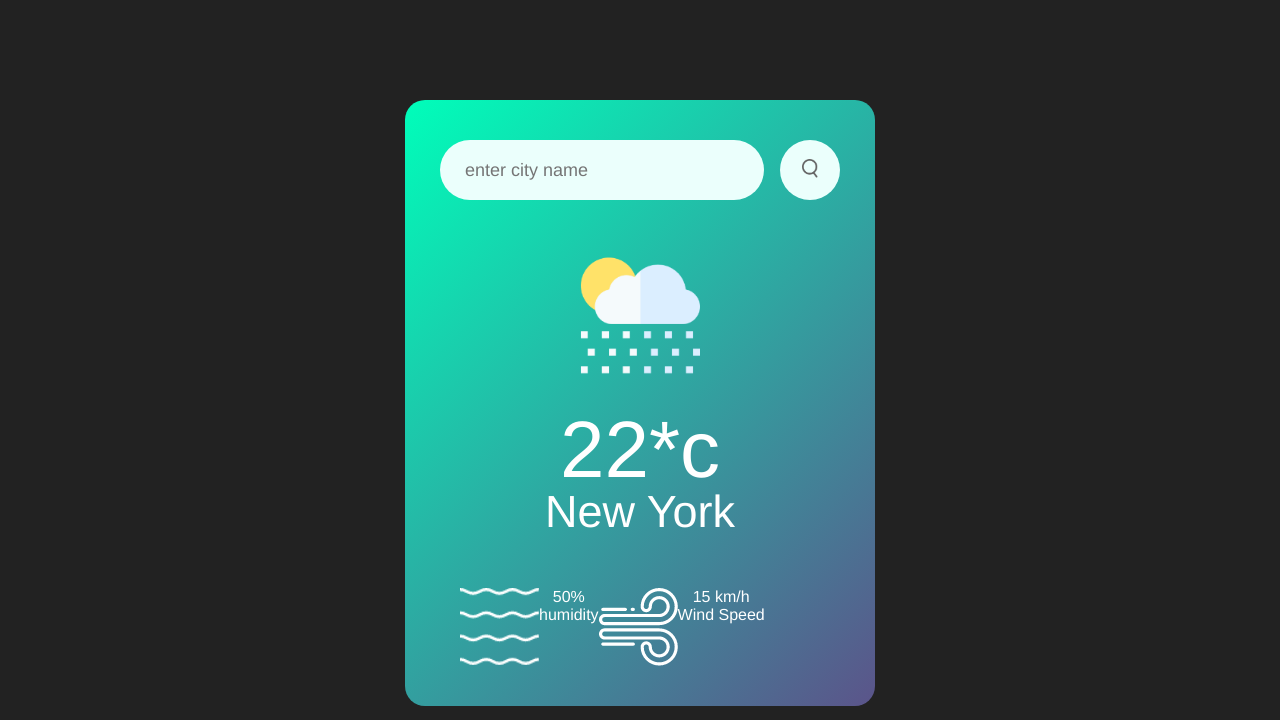
Repository: sodmaq/weatherApp
Page: index.html
The author's editor kept a copy of each file at every save. The page is drawn from the files as they stood at one save, then again after a run of saves.
The browser window is 1280 px wide. The pictures show the whole page.

Above is the page before, as saved 2023-06-24 22:41:47.

### index.html
<!DOCTYPE html>
<html lang="en">
  <head>
    <meta charset="UTF-8" />
    <meta name="viewport" content="width=device-width, initial-scale=1.0" />
    <link rel="stylesheet" href="style.css" />
    <title>Weather App</title>
  </head>
  <body>
    <div class="card">
      <div class="search">
        <input type="text" placeholder="enter city name" spellcheck="false" />
        <button><img src="images/search.png" alt="search_icon" /></button>
      </div>
      <div class="weather">
        <img src="images/rain.png" alt="rain_icon" class="weather-icon" />
        <h1 class="temp">22*c</h1>
        <h2 class="city">New York</h2>
        <div class="details">
          <div class="col">
            <img src="images/humidity.png" alt="humidity_icon" />
            <div>
              <p class="humidity">50%</p>
              <p>humidity</p>
            </div>

            <div class="col">
                <img src="images/wind.png" alt="wind_icon" />
                <div>
                  <p class="Wind">15 km/h</p>
                  <p>Wind Speed</p>
                </div>
          </div>
        </div>
      </div>
    </div>
  </body>
</html>

### style.css
* {
  margin: 0;
  padding: 0;
  font-family: "Franklin Gothic Medium", "Arial Narrow", Arial, sans-serif;
  box-sizing: border-box;
}
body {
  background-color: #222;
}

.card {
  width: 90%;
  max-width: 470px;
  background: linear-gradient(135deg, #00feba, #5b548a);
  color: #fff;
  margin: 100px auto 0;
  border-radius: 20px;
  padding: 40px 35px;
  text-align: center;
}
.search {
  width: 100%;
  display: flex;
  align-items: center;
  justify-content: space-between;
}

.search input {
  border: 0;
  outline: 0;
  background: #ebfffc;
  color: #555;
  padding: 10px 25px;
  height: 60px;
  border-radius: 30px;
  flex: 1;
  margin-right: 16px;
  font-size: 18px;
}
.search button {
  border: 0;
  outline: 0;
  background: #ebfffc;
  border-radius: 50%;
  width: 60px;
  height: 60px;
  cursor: pointer;
}
.search button img {
  width: 16px;
}
.weather-icon {
  width: 170px;
  margin-top: 30px;
}
.weather h1 {
  font-size: 80px;
  font-weight: 500;
}

.weather h2 {
  font-size: 45px;
  font-weight: 400;
  margin-top: -10px;
}

.details {
  display: flex;
  align-items: center;
  justify-content: space-between;
  padding: 0 20px;
  margin-top: 50px;
}

.col{
    display: flex;
    al
}

After the next 2 saves:
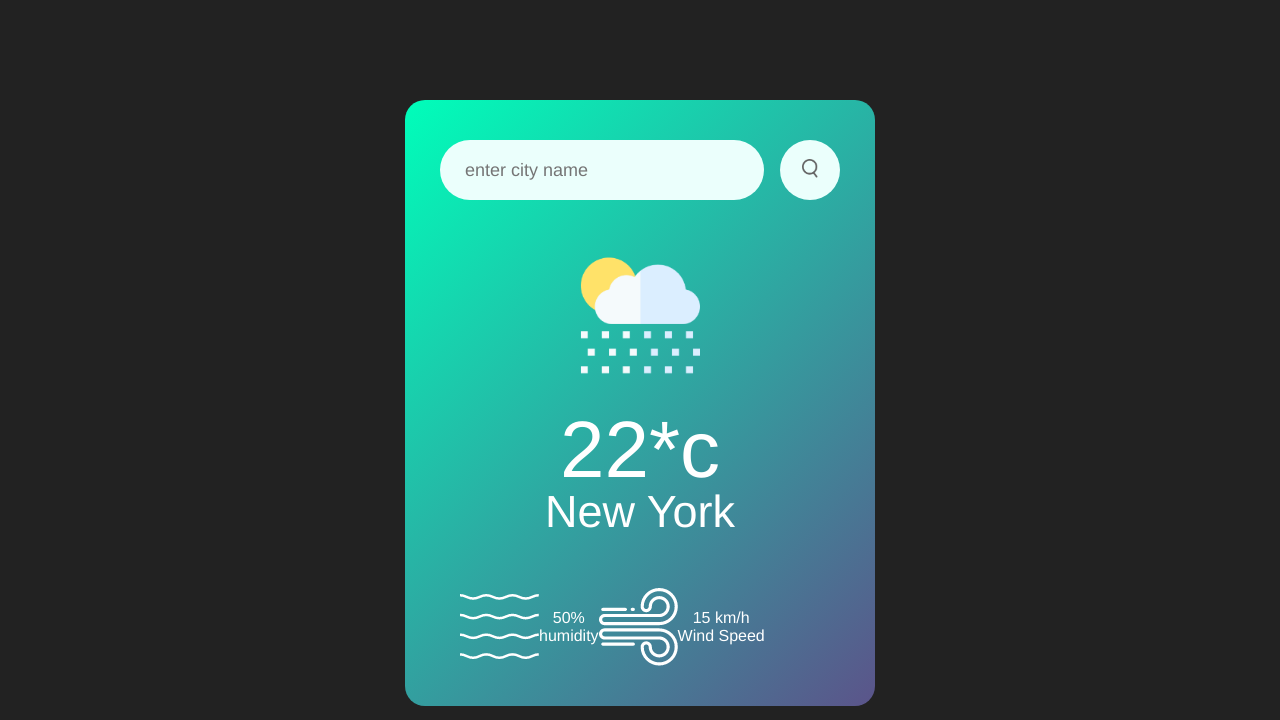
The 2 saves are shown as one change because they came seconds apart.
The last was saved 7 s later.
--- a/style.css
+++ b/style.css
@@ -74,5 +74,6 @@ body {
 
 .col{
     display: flex;
-    al
+    align-items: center;
+    text
 }
